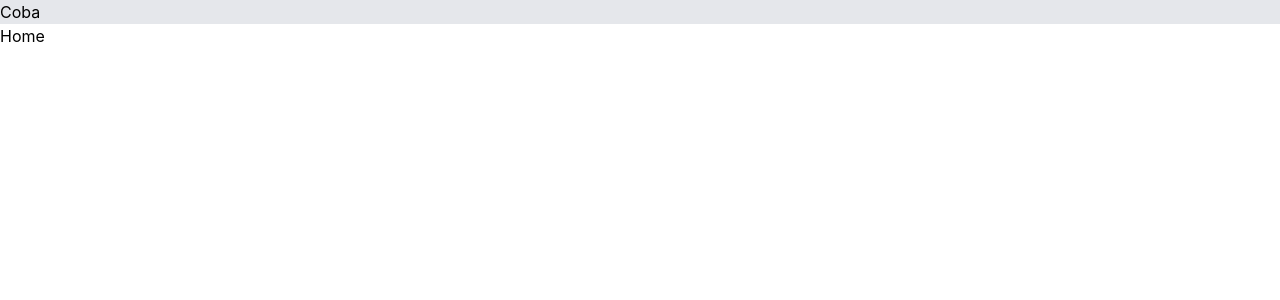
Repository: farrelmuhammad/real-estate-react
Page: /
The author's editor kept a copy of each file at every save. The page is drawn from the files as they stood at one save, then again after the next save.
The browser window is 1280 px wide. The pictures show the whole page.
The project was rebuilt for these pictures with package versions that can differ from the ones it lists, and the page was loaded fresh each time. Also part of the build but not shown: src/App.css.

Above is the page before, as saved 2023-02-06 18:22:49.

### src/App.js
import logo from "./logo.svg";
import "./App.css";
import { Route, Routes } from "react-router-dom";
import Home from "./pages/Home";

function App() {
  return (
    <Routes>
      <Route exact path="/" element={<Home />} />
    </Routes>
  );
}

export default App;

### src/pages/Home.jsx
import React from 'react'
import Navbar from '../components/Navbar'

const Home = () => {
    return (
        <>
            <Navbar />
            <div>Home</div>
        </>
    )
}

export default Home

### src/components/Navbar.jsx
import React from 'react'

const Navbar = () => {
    return (
        <>
            <nav class="bg-gray-200">
                Coba
            </nav>
        </>
    )
}

export default Navbar

Loaded but not shown: public/index.html (common file); src/index.js (common file); src/index.css (common file); src/reportWebVitals.js (common file); tailwind.config.js (common file)

After the next save:
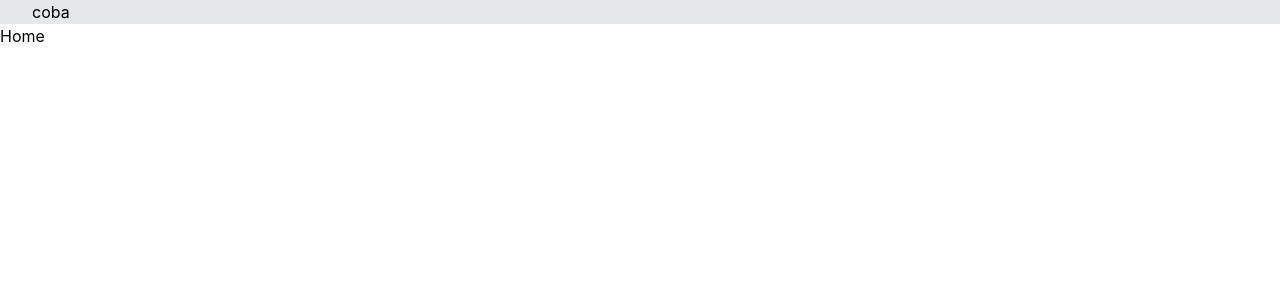
Saved 43 s later.
--- a/src/components/Navbar.jsx
+++ b/src/components/Navbar.jsx
@@ -4,7 +4,9 @@ const Navbar = () => {
     return (
         <>
             <nav class="bg-gray-200">
-                Coba
+                <div class="max-w-7xl mx-auto px-2 sm:px-6 lg:px-8">
+                    coba
+                </div>
             </nav>
         </>
     )
